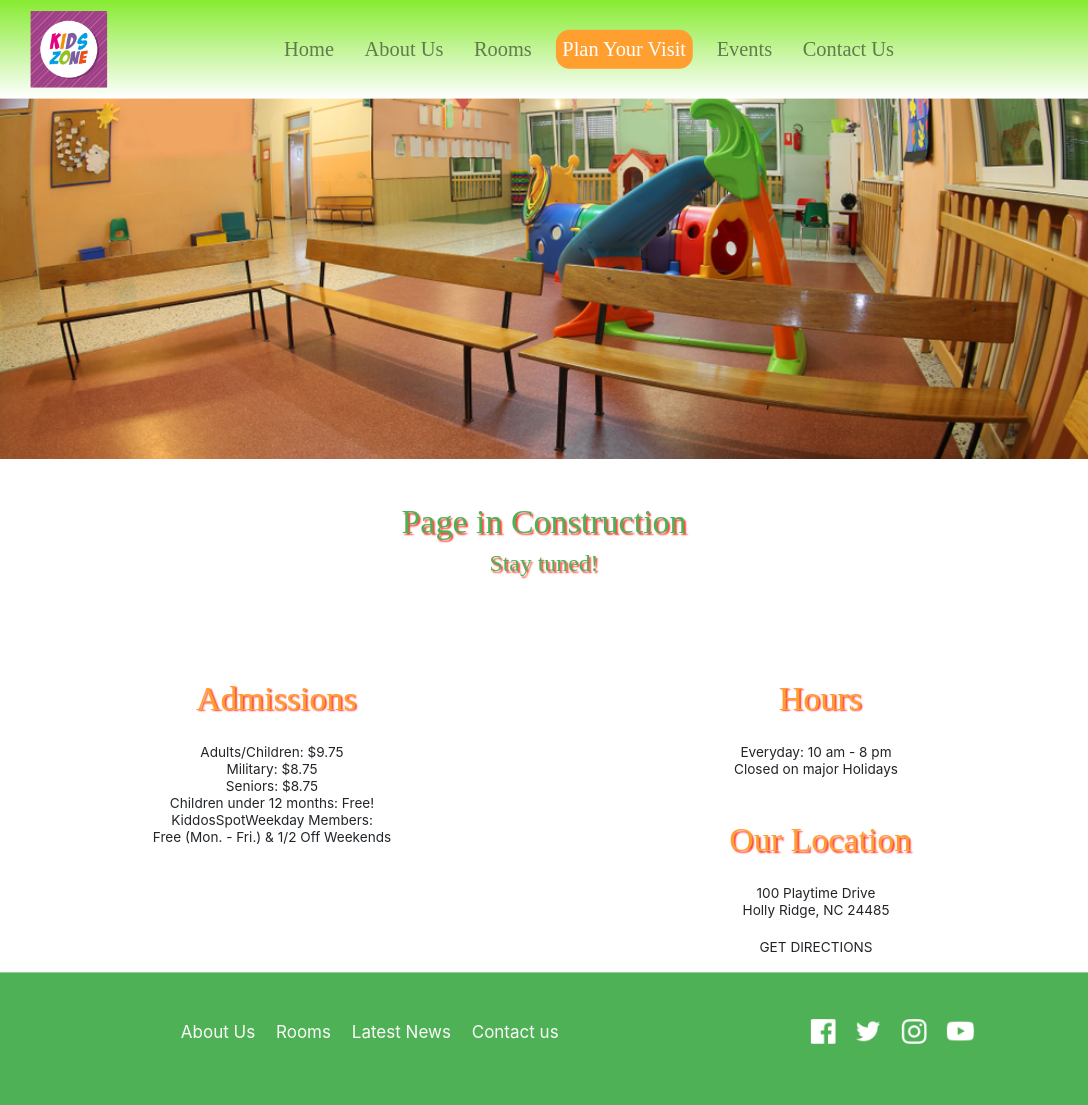
Repository: Code-Institute-Submissions/my-first-frontend-milestone-project
Page: planyourvisit.html
The author's editor kept a record of every edit. The page is drawn from the files as they stood at one moment, then again after the next edit.
The browser window is 1280 px wide. The pictures show the whole page, at 85% of full size.
Some web fonts or font styles are not loaded; a fallback is used.

Above is the page before.

After the next edit:
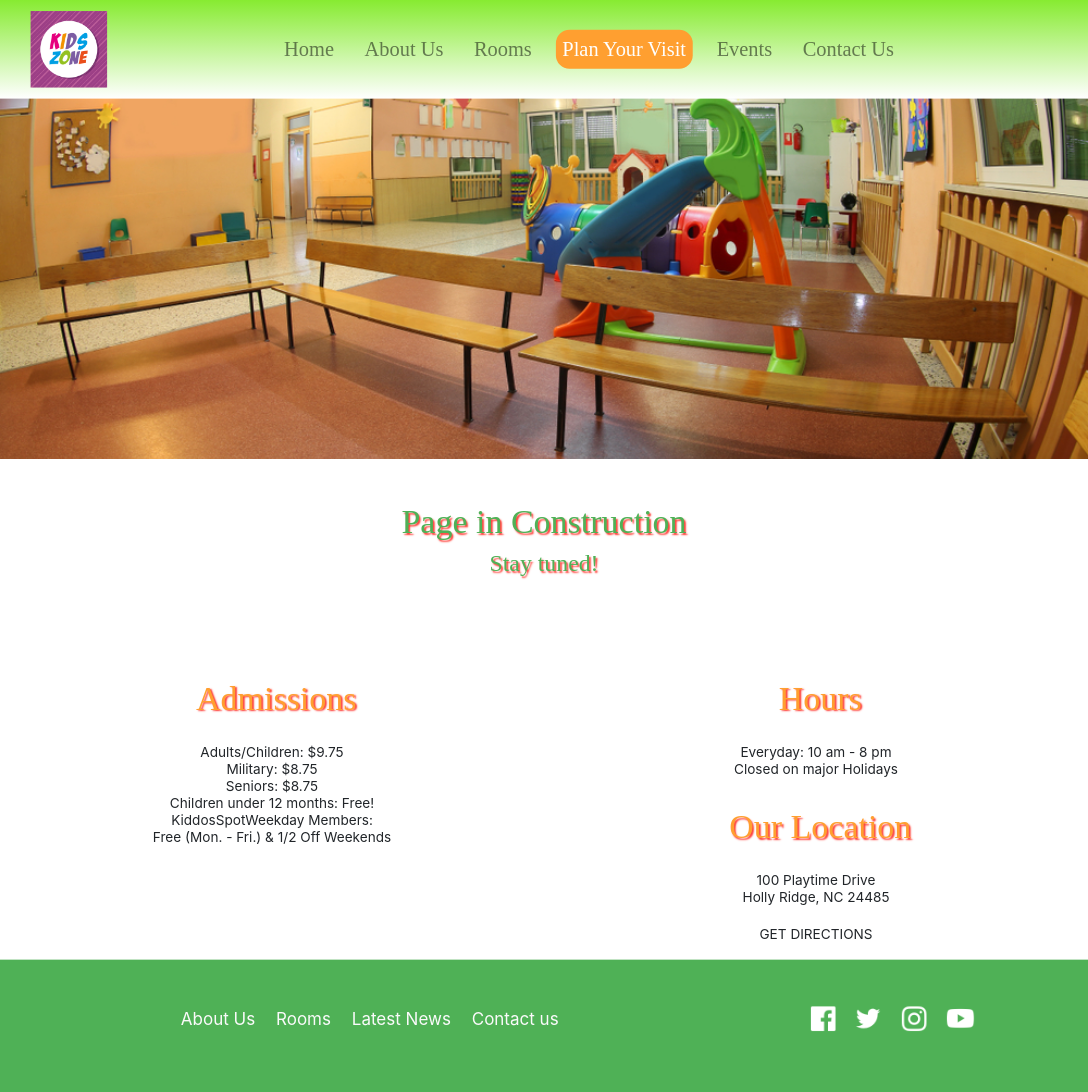
The edit:
--- a/planyourvisit.html
+++ b/planyourvisit.html
@@ -75,7 +75,7 @@
                     <h2 class="subtitle-plan-your-visit">Hours</h2>
                     <p>Everyday: 10 am - 8 pm</p>
                     <p>Closed on major Holidays</p>
-                    <h2 class="subtitle-plan-your-visit">Our Location</h2>
+                    <h2 class="subtitle-plan-your-visit" style="padding-top:15px;">Our Location</h2>
                     <p>100 Playtime Drive</p>
                     <p>Holly Ridge, NC 24485</p>
                     <br>
